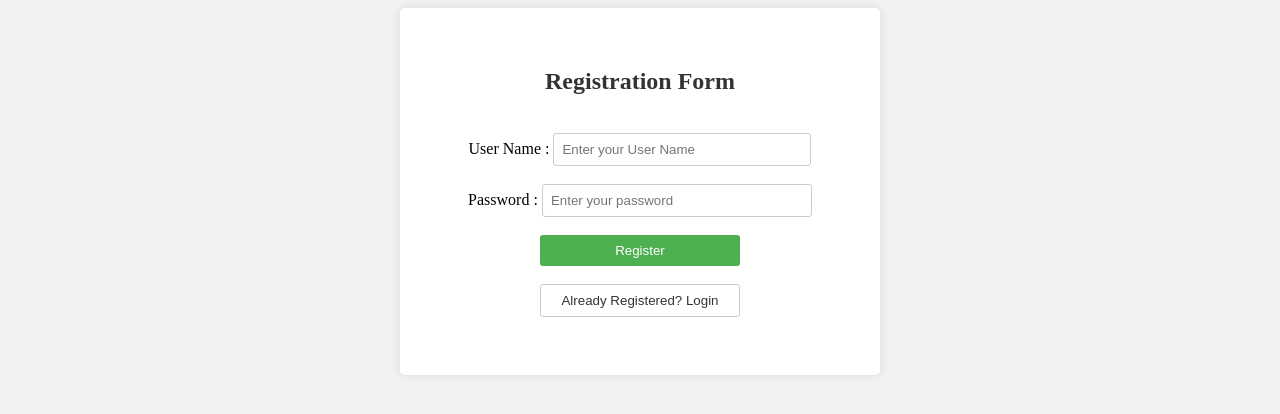
Repository: mansistic-0n3/Java_IGT
Page: Java Project/BankJSP/src/main/webapp/WEB-INF/forgot.html
The author's editor kept a copy of each file at every save. The page is drawn from the files as they stood at one save, then again after the next save.
The browser window is 1280 px wide. The pictures show the whole page.

Above is the page before, as saved 2023-06-30 07:45:20.

### Java Project/BankJSP/src/main/webapp/WEB-INF/forgot.html
<!DOCTYPE html>
<html>
<head>
  <title>Registration Form</title>
</head>
<body style="background-color: #f2f2f2; text-align:center;">
  <div style="max-width: 400px; margin: 0 auto; padding: 40px; background-color: #ffffff; border-radius: 5px; box-shadow: 0 0 10px rgba(0, 0, 0, 0.1);">
    <h2 style="text-align: center; color: #333333;">Registration Form</h2>
    <form action="register">
      <br>
        User Name : <input type="text" name="name" placeholder="Enter your User Name" style="width: 60%; padding: 8px; border-radius: 3px; border: 1px solid #cccccc;">
      <br><br>
        Password : <input type="password" name="pass" placeholder="Enter your password" style="width: 63%; padding: 8px; border-radius: 3px; border: 1px solid #cccccc;">
      <br><br>
        <button type="submit" style="width: 50%; padding: 8px; border-radius: 3px; border: none; background-color: #4CAF50; color: #ffffff; cursor: pointer;">Register</button>
      </form><br><form action="login.html">
        <input type="submit" value="Already Registered? Login" style="width: 50%; padding: 8px; border-radius: 3px; border: 1px solid #cccccc; background-color: #ffffff; color: #333333; cursor: pointer;">
      <br><br>
    </form>
  </div>
</body>
</html>

After the next save:
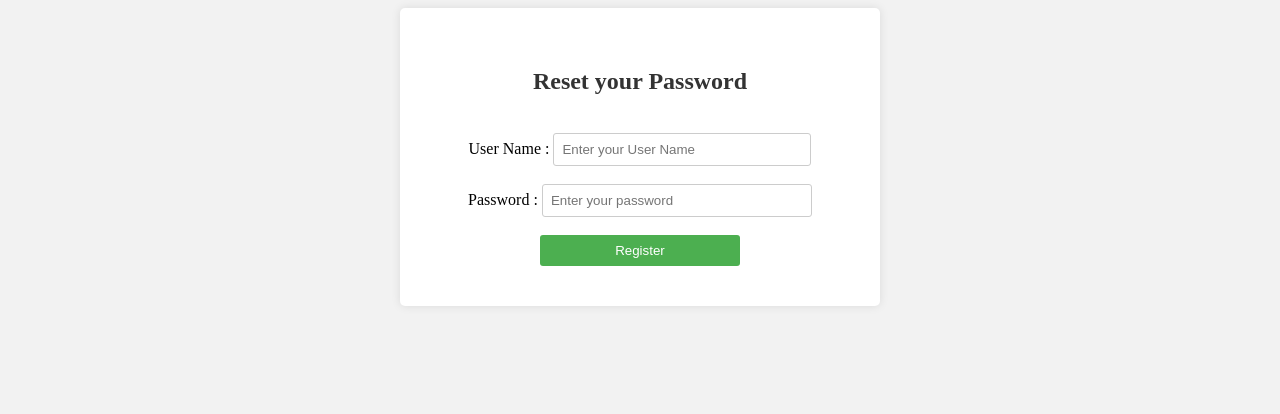
Saved 30 min 43 s later.
--- a/Java Project/BankJSP/src/main/webapp/WEB-INF/forgot.html
+++ b/Java Project/BankJSP/src/main/webapp/WEB-INF/forgot.html
@@ -1,11 +1,11 @@
 <!DOCTYPE html>
 <html>
 <head>
-  <title>Registration Form</title>
+  <title>Forgot password</title>
 </head>
 <body style="background-color: #f2f2f2; text-align:center;">
   <div style="max-width: 400px; margin: 0 auto; padding: 40px; background-color: #ffffff; border-radius: 5px; box-shadow: 0 0 10px rgba(0, 0, 0, 0.1);">
-    <h2 style="text-align: center; color: #333333;">Registration Form</h2>
+    <h2 style="text-align: center; color: #333333;">Reset your Password</h2>
     <form action="register">
       <br>
         User Name : <input type="text" name="name" placeholder="Enter your User Name" style="width: 60%; padding: 8px; border-radius: 3px; border: 1px solid #cccccc;">
@@ -13,10 +13,7 @@
         Password : <input type="password" name="pass" placeholder="Enter your password" style="width: 63%; padding: 8px; border-radius: 3px; border: 1px solid #cccccc;">
       <br><br>
         <button type="submit" style="width: 50%; padding: 8px; border-radius: 3px; border: none; background-color: #4CAF50; color: #ffffff; cursor: pointer;">Register</button>
-      </form><br><form action="login.html">
-        <input type="submit" value="Already Registered? Login" style="width: 50%; padding: 8px; border-radius: 3px; border: 1px solid #cccccc; background-color: #ffffff; color: #333333; cursor: pointer;">
-      <br><br>
-    </form>
+      </form>
   </div>
 </body>
 </html>
